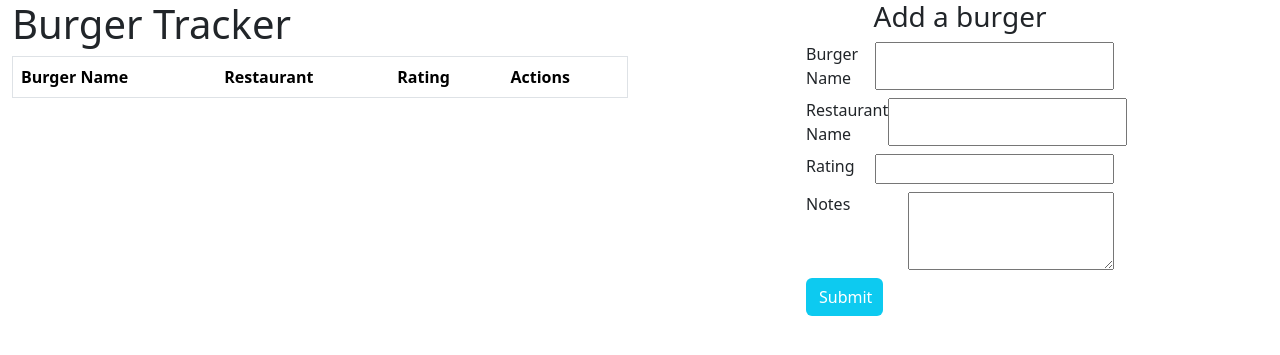
Repository: Hokusai12/Java_Dojo
Page: http://localhost/burgertracker/WEB-INF/index.jsp
The author's editor kept a copy of each file at every save. The page is drawn from the files as they stood at one save, then again after the next save.
The browser window is 1280 px wide. The pictures show the whole page.
The page is served by Tomcat 9. Nobody is signed in. Other server files are loaded and not shown. The template is opened directly, without the code that normally fills it, so the values that code supplies are empty.

Above is the page before, as saved 2023-03-05 20:45:58.

### Spring/MVC/burgertracker/src/main/webapp/WEB-INF/index.jsp
<%@ page language="java" contentType="text/html; charset=ISO-8859-1"
	pageEncoding="ISO-8859-1"%>
<%@ taglib prefix="c" uri="http://java.sun.com/jsp/jstl/core"%>
<%@ taglib prefix="form" uri="http://www.springframework.org/tags/form"%>
<%@ page isErrorPage="true"%>
<!DOCTYPE html>
<html>
<head>
<meta charset="ISO-8859-1">
<link
	href="https://cdn.jsdelivr.net/npm/bootstrap@5.3.0-alpha1/dist/css/bootstrap.min.css"
	rel="stylesheet"
	integrity="sha384-GLhlTQ8iRABdZLl6O3oVMWSktQOp6b7In1Zl3/Jr59b6EGGoI1aFkw7cmDA6j6gD"
	crossorigin="anonymous">
<title>Burgerator</title>
</head>
<body>
	<div class="d-flex justify-content-around">
		<div class="container col-6">
			<h1>Burger Tracker</h1>
			<table class="table border">
				<thead>
					<tr>
						<th>Burger Name</th>
						<th>Restaurant</th>
						<th>Rating</th>
						<th>Actions</th>
					</tr>
				</thead>
				<tbody>
					<c:forEach items="${burgers}" var="burger">
						<tr>
							<td>${burger.name}</td>
							<td>${burger.restaurant}</td>
							<td>${burger.rating}</td>
							<td><a href="/burgers/edit/${burger.id}">Edit</a></td>
						</tr>
					</c:forEach>
				</tbody>
			</table>
		</div>
		<div class="container d-flex flex-column align-items-center justify-content-center">
			<h3>Add a burger</h3>
			<form:form class="d-flex flex-column gap-2 col-6 " action="/"
				method="POST" modelAttribute="burger">
				<div class="d-flex justify-content-between">
					<form:label path="name">Burger Name</form:label>
					<form:input type="text" path="name" />
				</div>
				<form:errors class="text-danger" path="name" />
				<div class="d-flex justify-content-between">
					<form:label path="restaurant">Restaurant Name</form:label>
					<form:input type="text" path="restaurant" />
				</div>
				<form:errors class="text-danger" path="restaurant" />
				<div class="d-flex justify-content-between">
					<form:label path="rating">Rating</form:label>
					<form:input type="number" path="rating" step="0.1" />
				</div>
				<form:errors class="text-danger" path="rating" />
				<div class="d-flex justify-content-between">
					<form:label path="notes">Notes</form:label>
					<form:textarea path="notes" id="notes" cols="20" rows="3"></form:textarea>
				</div>
				<form:errors class="text-danger" path="notes" />
				<input
					class="col-3 btn bg-info text-white <align-self-end></align-self-end>"
					type="submit" value="Submit" />
			</form:form>
		</div>
	</div>
</body>
</html>

After the next save:
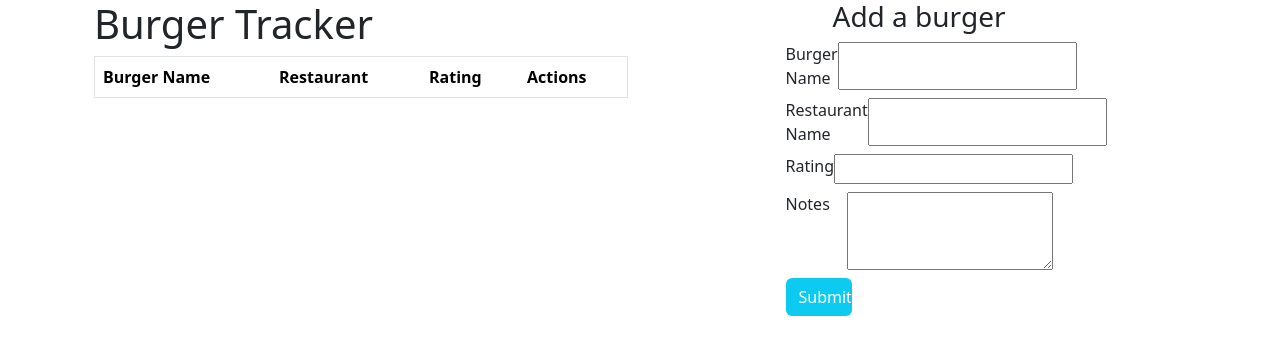
Saved 24 s later.
--- a/Spring/MVC/burgertracker/src/main/webapp/WEB-INF/index.jsp
+++ b/Spring/MVC/burgertracker/src/main/webapp/WEB-INF/index.jsp
@@ -15,7 +15,7 @@
 <title>Burgerator</title>
 </head>
 <body>
-	<div class="d-flex justify-content-around">
+	<div class="container d-flex justify-content-around">
 		<div class="container col-6">
 			<h1>Burger Tracker</h1>
 			<table class="table border">
